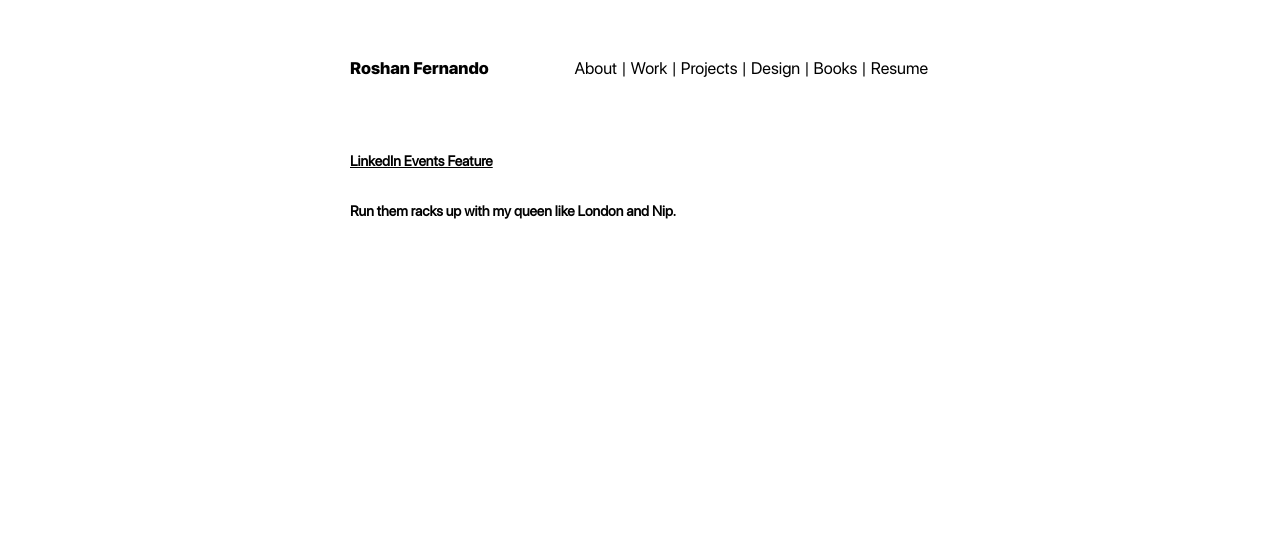
Repository: rdf004/rdf004.github.io
Page: /case1
An editor plug-in stored every save of this project. The page is shown before and after the next save, followed by the edit.
The browser window is 1280 px wide. The pictures show the whole page.
The project was rebuilt for these pictures with package versions that can differ from the ones it lists, and the page was loaded fresh each time. Also part of the build but not shown: src/Components/About.js, src/Components/Work.js, src/Components/Projects.js, src/Components/Design.js, src/Components/Books.js, src/Components/Resume.js.

Above is the page before, as saved 2019-11-20 20:18:26.

After the next save:
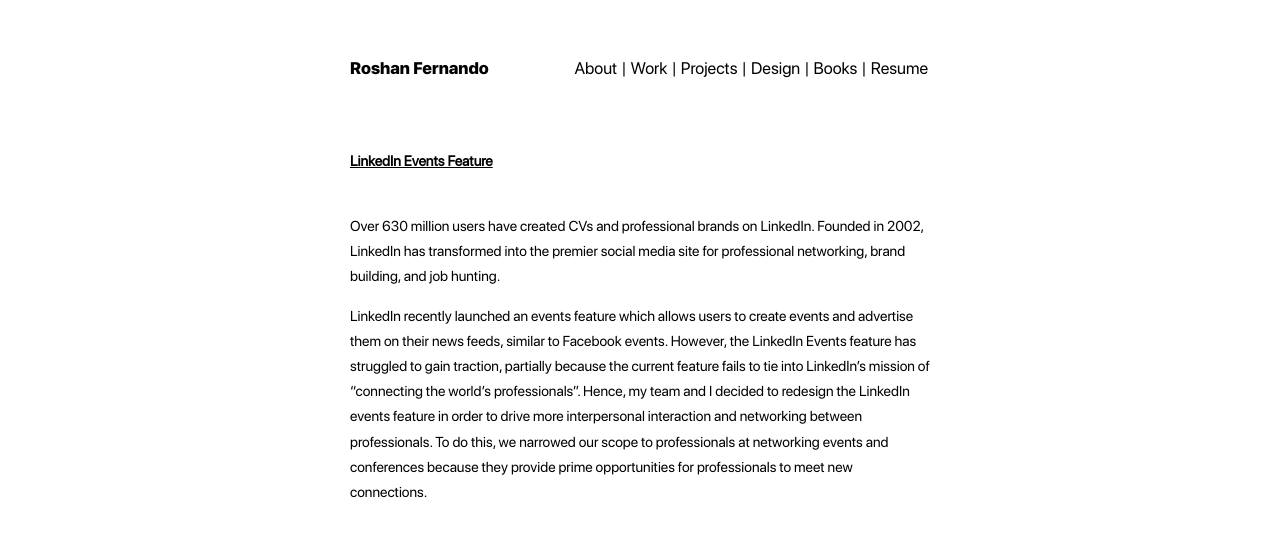
Saved 36 min 41 s later.
--- a/src/Components/Case1.js
+++ b/src/Components/Case1.js
@@ -13,7 +13,9 @@
                 <Header className="header"/>
                 <p className="page-content">
                     <b><u>LinkedIn Events Feature</u></b><br/><br/>
-                    <b>Run them racks up with my queen like London and Nip.</b><br/><br/>
+                    <p>Over 630 million users have created CVs and professional brands on LinkedIn. Founded in 2002, LinkedIn has transformed into the premier social media site for professional networking, brand building, and job hunting.</p>
+                    <p>LinkedIn recently launched an events feature which allows users to create events and advertise them on their news feeds, similar to Facebook events. However, the LinkedIn Events feature has struggled to gain traction, partially because the current feature fails to tie into LinkedIn’s mission of “connecting the world’s professionals”. Hence, my team and I decided to redesign the LinkedIn events feature in order to drive more interpersonal interaction and networking between professionals. To do this, we narrowed our scope to professionals at networking events and conferences because they provide prime opportunities for professionals to meet new connections.</p>
+                    <p></p>
                 </p>
             </div>
 
